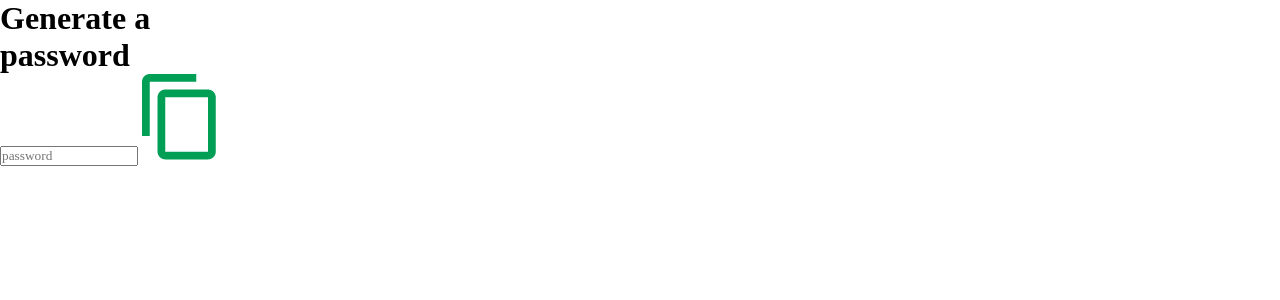
Repository: YAAMAR/password-generator
Page: Random password/index.html
The author's editor kept a copy of each file at every save. The page is drawn from the files as they stood at one save, then again after a run of saves.
The browser window is 1280 px wide. The pictures show the whole page.

Above is the page before, as saved 2024-05-02 18:51:51.

After the next 5 saves:
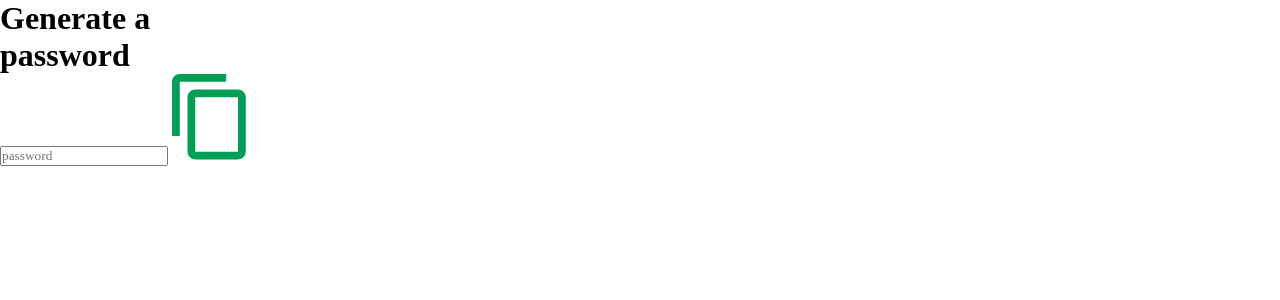
The 5 saves are shown as one change because they came seconds apart.
The last was saved 11 s later.
--- a/Random password/style.css
+++ b/Random password/style.css
@@ -1,5 +1,5 @@
 *{
     margin: 0;
     padding: 0;
-    font-family: '';
+    font-family: 'poppins';
 }
